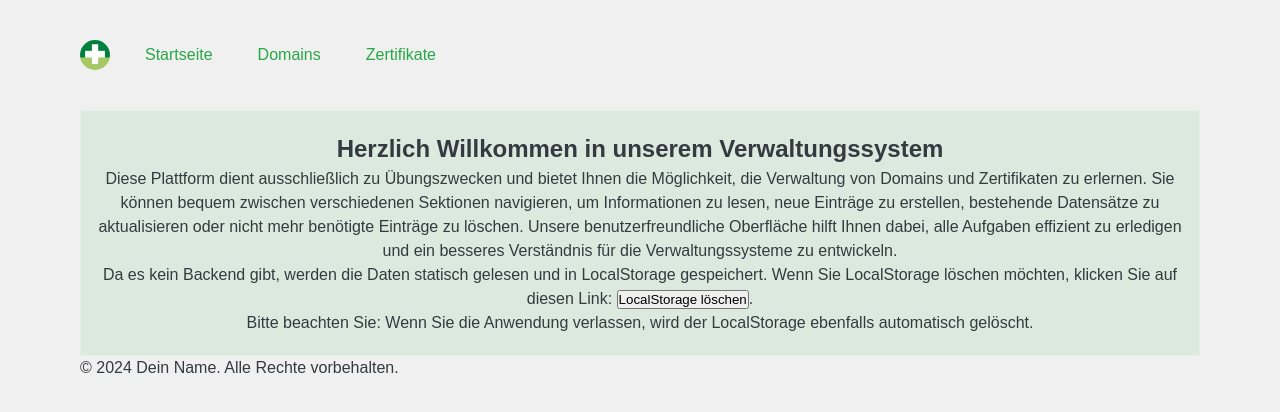
Repository: bajricadmir/verwaltungssystem-vanilla-html-css
Page: index.html
An editor plug-in stored every save of this project. The page is shown before and after the next save, followed by the edit.
The browser window is 1280 px wide. The pictures show the whole page.

Above is the page before, as saved 2024-10-14 11:15:43.

### index.html
<!DOCTYPE html>
<html lang="en">
  <head>
    <meta charset="UTF-8" />
    <meta name="viewport" content="width=device-width, initial-scale=1.0" />
    <link
      rel="shortcut icon"
      href="./assets/images/favicon.ico"
      type="image/x-icon"
    />
    <link rel="stylesheet" href="style.css" />
    <title>Verwaltungssystem</title>
  </head>
  <body>
    <header class="header">
      <nav class="navigation">
        <img src="./assets/images/favicon.ico" alt="Logo" class="logo" />

        <ul class="nav-list">
          <li class="nav-item">
            <a class="nav-link" href="#home">Startseite</a>
          </li>
          <li class="nav-item">
            <a class="nav-link" href="#about">Domains</a>
          </li>
          <li class="nav-item">
            <a class="nav-link" href="#contact">Zertifikate</a>
          </li>
        </ul>
      </nav>
    </header>

    <main class="main-content">
      <section>
        <h1 class="alert-heading">
          Herzlich Willkommen in unserem Verwaltungssystem
        </h1>
        <p>
          Diese Plattform dient ausschließlich zu Übungszwecken und bietet Ihnen
          die Möglichkeit, die Verwaltung von Domains und Zertifikaten zu
          erlernen. Sie können bequem zwischen verschiedenen Sektionen
          navigieren, um Informationen zu lesen, neue Einträge zu erstellen,
          bestehende Datensätze zu aktualisieren oder nicht mehr benötigte
          Einträge zu löschen. Unsere benutzerfreundliche Oberfläche hilft Ihnen
          dabei, alle Aufgaben effizient zu erledigen und ein besseres
          Verständnis für die Verwaltungssysteme zu entwickeln.
        </p>
      </section>
      <section>
        <p>
          Da es kein Backend gibt, werden die Daten statisch gelesen und in
          LocalStorage gespeichert. Wenn Sie LocalStorage löschen möchten,
          klicken Sie auf diesen Link:
          <button type="button" class="btn">LocalStorage löschen</button>.<br />
          Bitte beachten Sie: Wenn Sie die Anwendung verlassen, wird der
          LocalStorage ebenfalls automatisch gelöscht.
        </p>
      </section>
    </main>

    <footer>
      <p>&copy; 2024 Dein Name. Alle Rechte vorbehalten.</p>
    </footer>
  </body>
</html>

### style.css
:root {
  --primary-color: #007bff;
  --secondary-color: #6c757d;
  --success-color: #28a745;
  --success-color-hover: #218838;
  --success-color-bgc: #d4edda;
  --danger-color: #dc3545;
  --warning-color: #ffc107;
  --info-color: #17a2b8;
  --light-color: #f8f9fa;
  --dark-color: #343a40;

  --font-size-base: 16px;
  --font-family-base: "Arial", sans-serif;
  --background-color: #f0f0f0;
}

* {
  margin: 0;
  padding: 0;
  box-sizing: border-box;
}

html,
body {
  height: 100%;
  font-family: var(--font-family-base);
  line-height: 1.5;
}

body {
  padding: 40px 80px;
  background-color: var(--background-color);
  color: var(--dark-color);
}

ul {
  list-style: none;
}

a {
  text-decoration: none;
  color: inherit;
}

button {
  cursor: pointer;
}

table {
  border-collapse: collapse;
  width: 100%;
}

.navigation {
  display: flex;
  align-items: center;
}

.logo {
  width: 30px;
  height: 30px;
  border-radius: 50%;
  margin-right: 20px;
}

.nav-list {
  display: flex;
  align-items: center;
}

.nav-item {
  margin-right: 15px;
}

.nav-item:last-child {
  margin-right: 0;
}

.nav-item a {
  color: var(--success-color);
  transition: color 0.3s ease;
  padding: 10px 15px;
  border-radius: 5px;
}

.nav-item a:hover {
  color: var(--success-color-hover);
  background-color: rgba(40, 167, 69, 0.1);
}

.main-content {
  display: flex;
  flex-direction: column;
  align-items: center;
  margin-top: 40px;
  background-color: rgba(40, 167, 69, 0.1);
  padding: 20px 15px;
  border: 0.1px solid rgba(255, 255, 255, 0.3);
}

section {
  text-align: center;
}

After the next save:
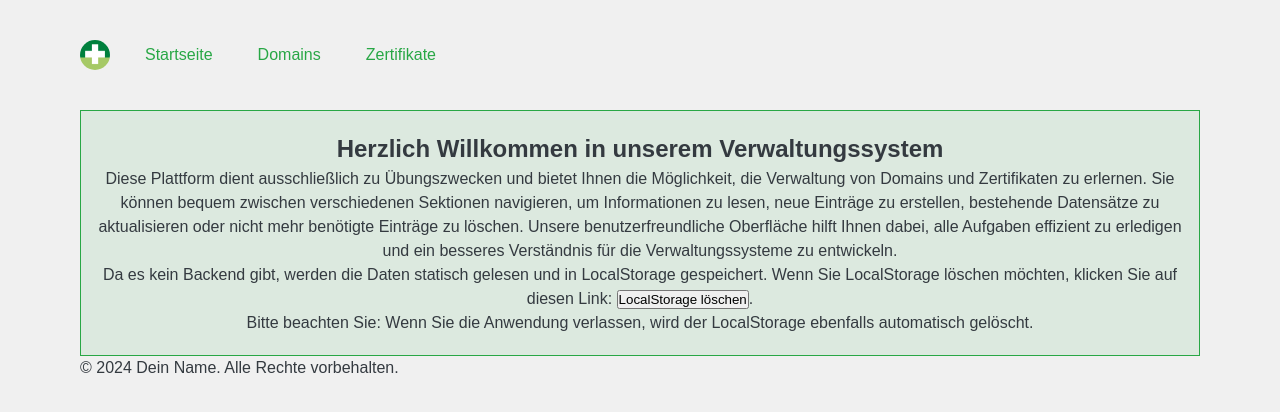
Saved 20 s later.
--- a/style.css
+++ b/style.css
@@ -96,7 +96,7 @@ table {
   margin-top: 40px;
   background-color: rgba(40, 167, 69, 0.1);
   padding: 20px 15px;
-  border: 0.1px solid rgba(255, 255, 255, 0.3);
+  border: 0.1px solid var(--success-color);
 }
 
 section {
